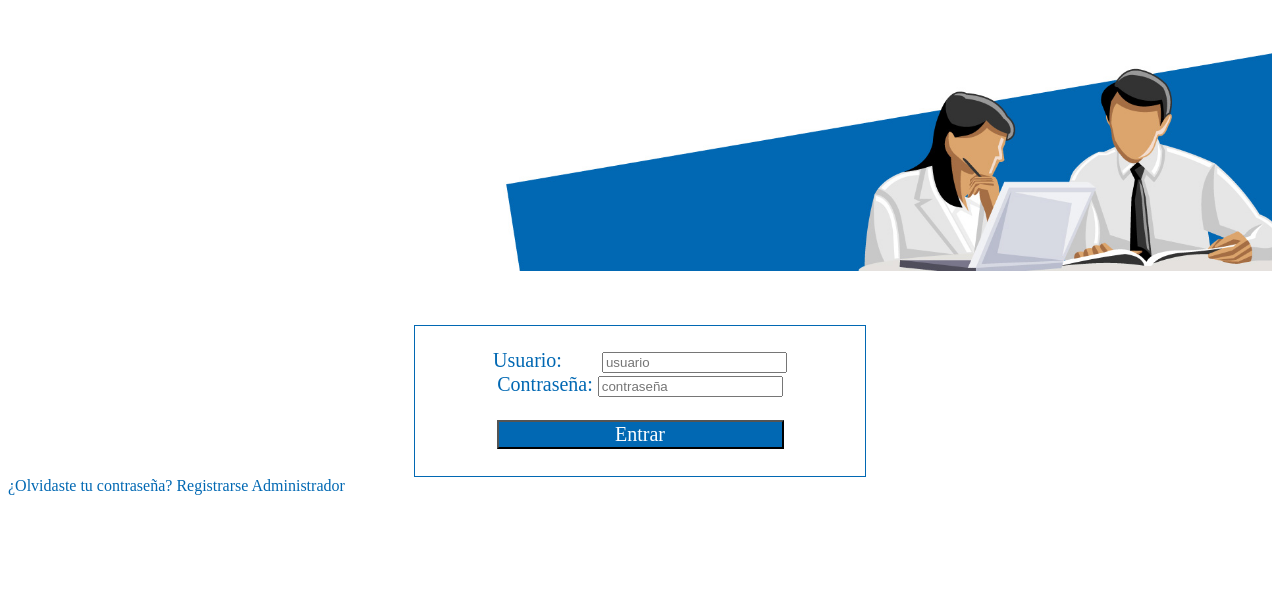
Repository: jluislechado/gestionUsuario
Page: http://localhost/php/index.php
The author's editor kept a record of every edit. The page is drawn from the files as they stood at one moment, then again after the next edit.
The browser window is 1280 px wide. The pictures show the whole page.
The page is run by PHP 8.4 with error messages shown; the project is at /var/www/html/.

Above is the page before.

### workspace/php/index.php
<!DOCTYPE html>
<html>
    <head>
        <meta charset="UTF-8">
        <title></title>
          <link rel="stylesheet" href="../estilo/estilo.css"/>
    </head>
    <body>
        <header>
            <img src="../estilo/imagenes/cabecera.jpg" alt="cabecera" id="cabecera"/>
        </header>
        <div id="cuerpo">
            <div class="blanco"></div>
            <div id="formularioIndex">
                <form action="phplogin.php" method="post">
                    </br>
                    <span>Usuario: &nbsp;&nbsp;&nbsp;&nbsp;&nbsp;&nbsp;&nbsp;</span><input type="text" name="alias" placeholder="usuario"/></br>
                    <span>Contraseña: </span><input type="password" name="contrasena" placeholder="contraseña"/></br></br>
                    <input type="submit" value="Entrar" id="botonIndex"/>
                </form>
            </div>
            <div>
                <a href="olvidar.php">¿Olvidaste tu contraseña?</a>
                <a href="registro.php">Registrarse</a>
                <a href="admin.php">Administrador</a>
            </div>
        </div>
    </body>
</html>

### workspace/estilo/estilo.css
header{
    width:100%;
}
#cabecera{
    width:100%;
}
#formularioIndex{
    width:450px;
    height:150px;
    border:1px solid #0168b3;
    margin:0 auto;
    font-family:raleway;
    font-size:20px;
    color:#0168b3;
    text-align:center;
}
#botonIndex{
    background-color:#0168b3;
    font-family:raleway;
    font-size:20px;
    color:white;
    width:287px;
}
.blanco{
    width:100%;
    height:50px;
}
#enlacesIndex{
    width:450px;
    margin:0 auto;
    font-family:raleway;
    font-size:20px;
    color:#0168b3;
    text-align:center;
}
a{
    list-style:none;
    text-decoration:none;
    color:#0168b3;
}
#administradorIndex{
    width:100%;
    font-family:raleway;
    font-size:20px;
    color:#0168b3;
    text-align:right;
}
#h1{
    width:100%;
    font-family:raleway;
    color:#0168b3;
    font-size:40px;
    text-align:center;
    font-weight:200;
}
#formularioIndex2{
    width:450px;
    height:150px;
    border:1px solid #0168b3;
    margin-left:50px;
    float:left;
    font-family:raleway;
    font-size:20px;
    color:white;
    background-color:#0168b3;
    text-align:center;
}
#ladoDerecho{
    width:250px;
    float:right;
    margin-right:50px;
}
.usuario{
    width:250px;
    border:1px solid white;
    text-align:center;
    font-family:raleway;
    font-size:20px;
    background-color:#0168b3;
    margin-bottom:8px;
}
.usuario a{
   color:white;
}
table{
    margin:0 auto;
    font-family:raleway;
}
.mensaje{
    font-family:raleway;
    font-size:20px;
    background-color:#0168b3;
}

After the next edit:
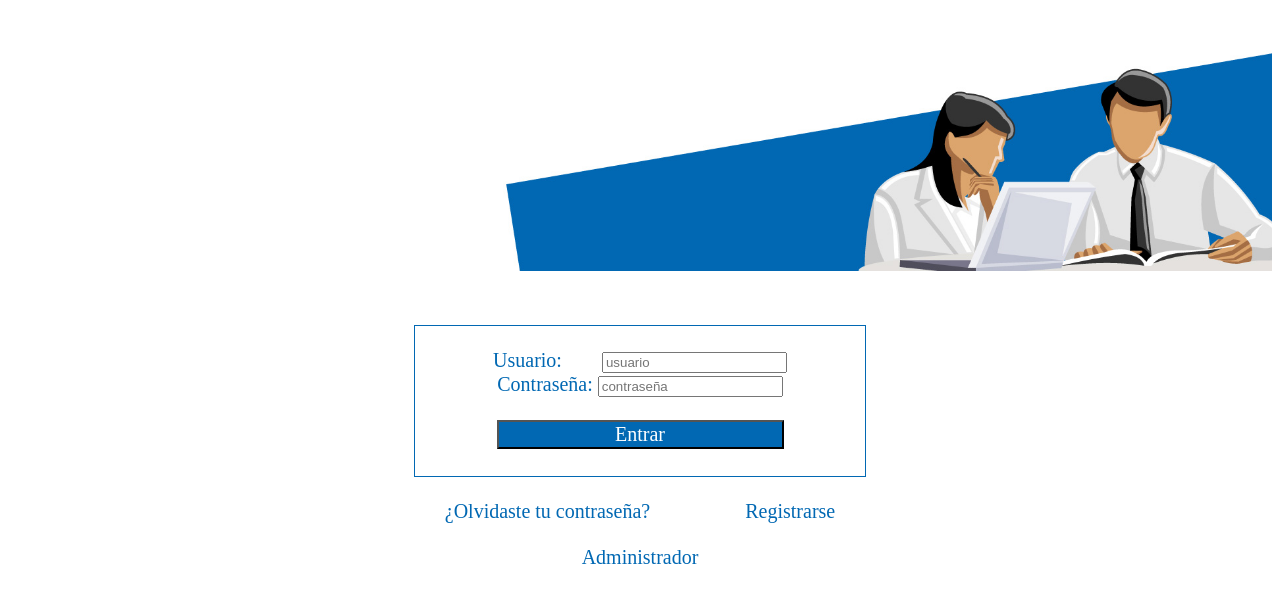
The edit:
--- a/workspace/php/index.php
+++ b/workspace/php/index.php
@@ -19,9 +19,10 @@
                     <input type="submit" value="Entrar" id="botonIndex"/>
                 </form>
             </div>
-            <div>
-                <a href="olvidar.php">¿Olvidaste tu contraseña?</a>
-                <a href="registro.php">Registrarse</a>
+            <div id="enlacesIndex">
+                </br>
+                <a href="olvidar.php">¿Olvidaste tu contraseña?</a>&nbsp;&nbsp;&nbsp;&nbsp;&nbsp;&nbsp;&nbsp;&nbsp;&nbsp;&nbsp;&nbsp;&nbsp;&nbsp;&nbsp;&nbsp;&nbsp;&nbsp;&nbsp;
+                <a href="registro.php">Registrarse</a></br></br>
                 <a href="admin.php">Administrador</a>
             </div>
         </div>
